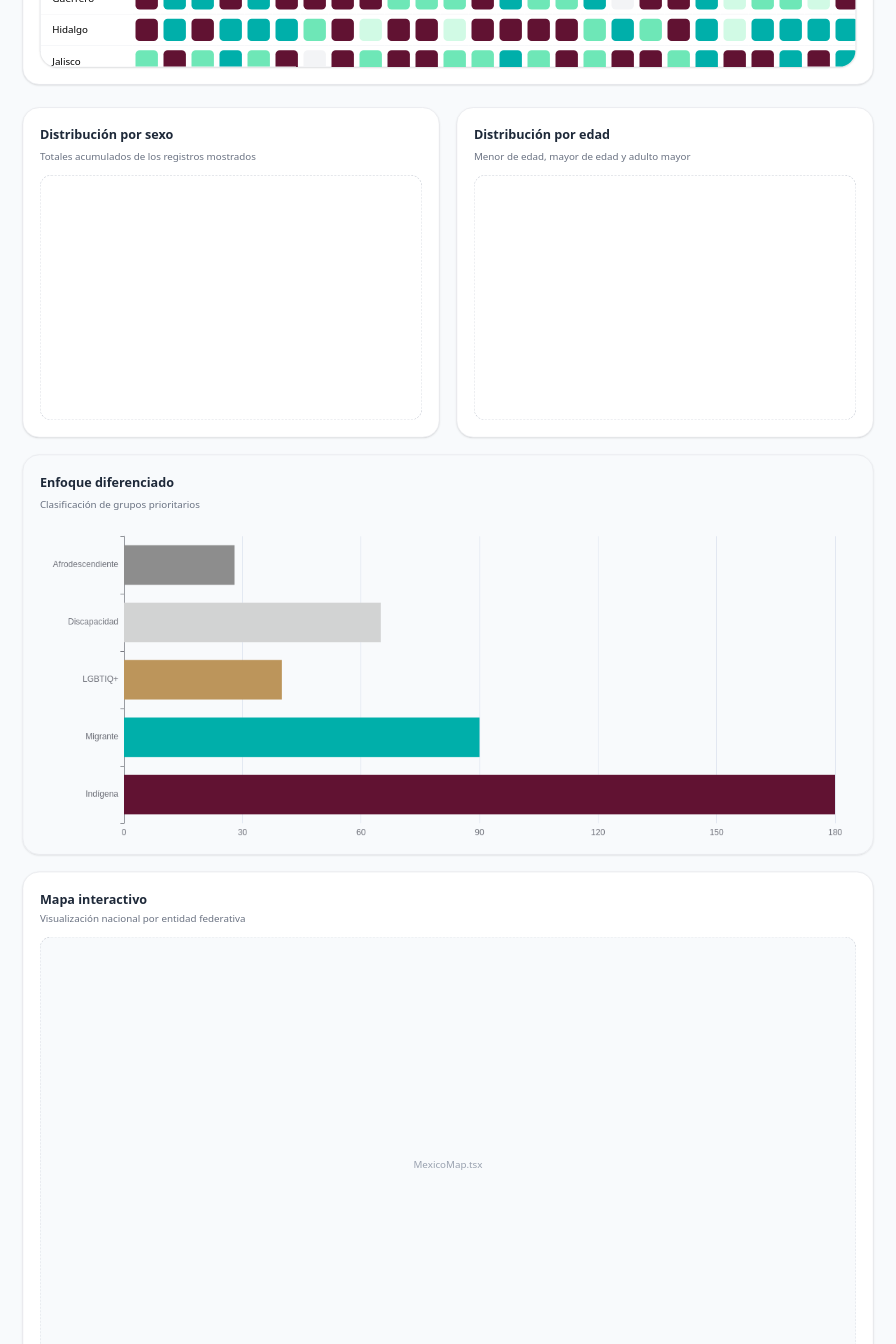
Repository: jesus890/semaforo-cinepolis
Page: /estadisticas
These files come from the project's save history. The page is drawn as it stood at one moment and after the next save; the edit follows.
The browser window is 1280 px wide. The pictures show the part of the page from y = 903 to 2823 px (the page is 2948 px tall before and 2998 px after), at 70% of full size.
An inner scrolling area shows only its first screen. The project was rebuilt for these pictures with package versions that can differ from the ones it lists, and the page was loaded fresh each time. Also part of the build but not shown: vite.config.ts, src/components/Dashboard/navigation/BackButton.tsx.

Above is the page before, as saved 2026-06-01 20:16:41.

After the next save:
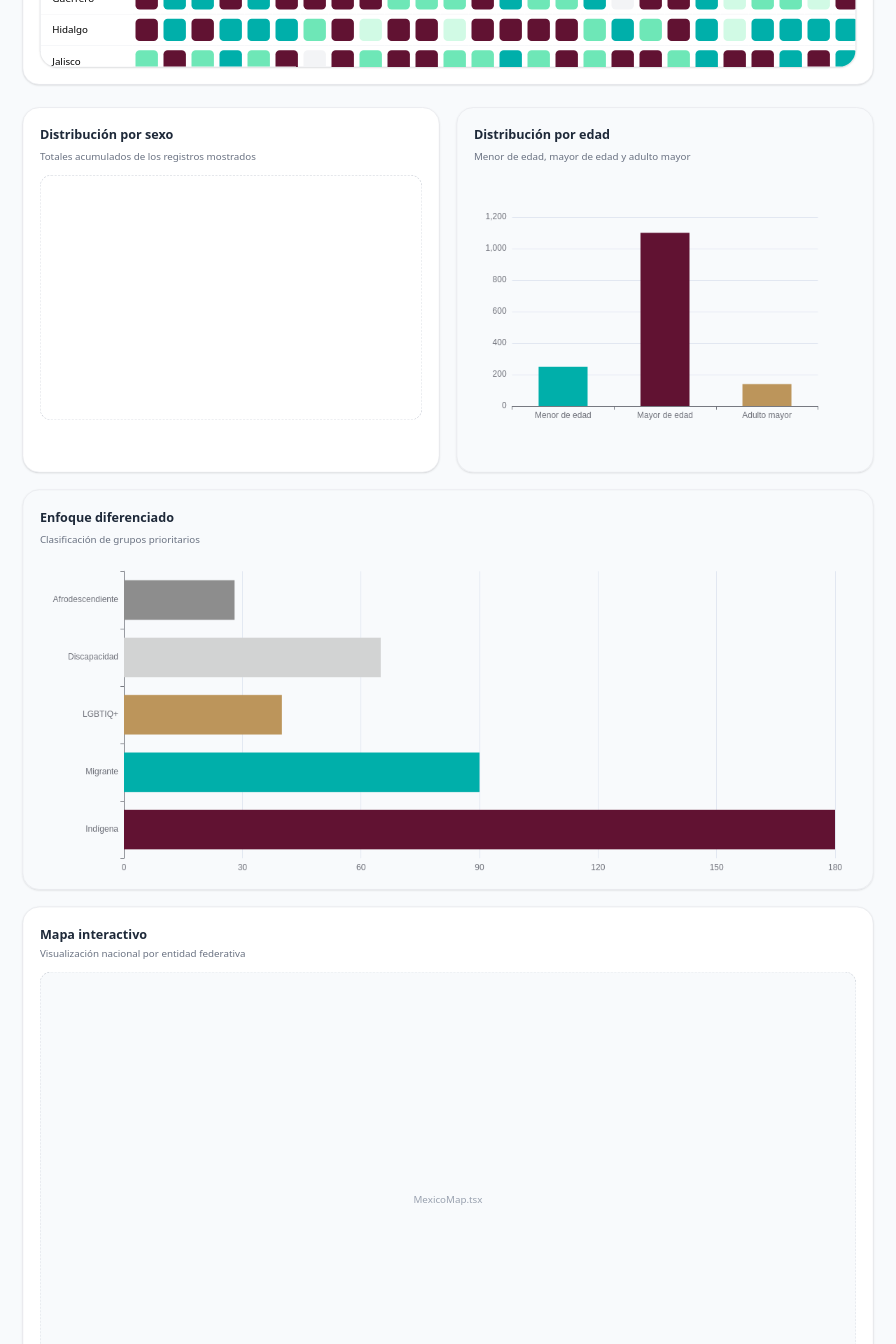
Saved 26 s later.
--- a/src/components/Dashboard/Dashboard.tsx
+++ b/src/components/Dashboard/Dashboard.tsx
@@ -165,7 +165,7 @@ export default function Dashboard() {
 
                     {/* EDAD */}
 
-                    <div className="rounded-3xl border border-gray-200 bg-white p-6 shadow-sm">
+                    <div className="rounded-3xl border border-gray-200 p-6 shadow-sm">
 
                         <h3 className="mb-2 text-lg font-bold text-gray-800">
 
@@ -179,10 +179,8 @@ export default function Dashboard() {
 
                         </p>
 
-                        <div className="flex h-[350px] items-center justify-center rounded-2xl border border-dashed border-gray-300">
-
+                        <div>
                             <EdadChart />
-
                         </div>
 
                     </div>
@@ -205,7 +203,7 @@ export default function Dashboard() {
 
                     </p>
 
-                    <div className="">
+                    <div>
 
                         <EnfoqueChart />
 
